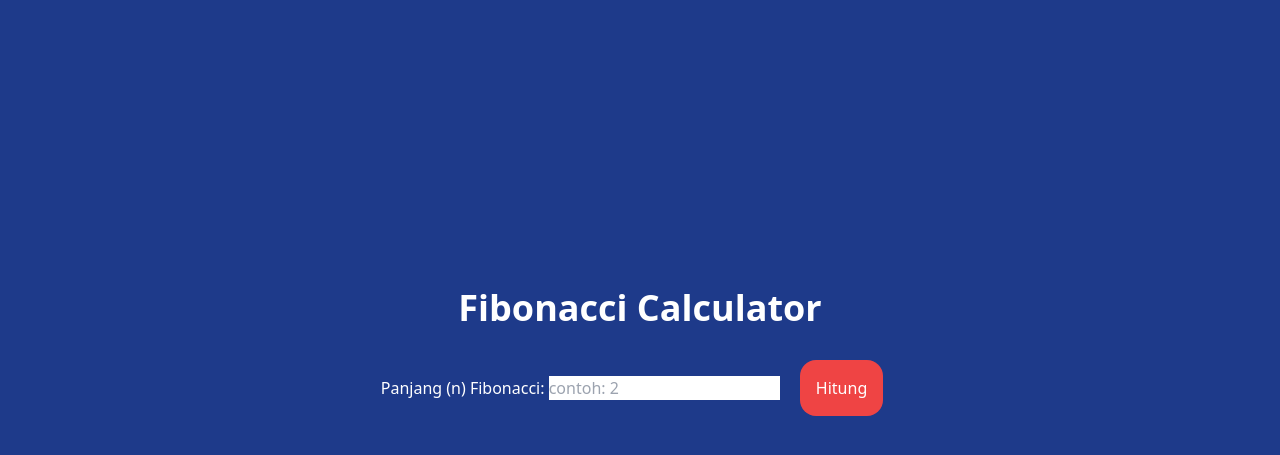
Repository: RifaiKN/flask-week10
Page: http://localhost/fibonacci
An editor plug-in stored every save of this project. The page is shown before and after the next save, followed by the edit.
The browser window is 1280 px wide. The pictures show the whole page.
The page is served by the project's application, run on Flask 3 (app.py). Other server files are loaded and not shown.

Above is the page before, as saved 2023-11-17 21:58:22.

### templates/fibonacci.html
<!DOCTYPE html>
<html lang="en">

<head>
    <meta charset="UTF-8">
    <meta name="viewport" content="width=device-width, initial-scale=1.0">
    <title>Fibonacci | Rifai</title>
    <link rel="stylesheet" href="https://unpkg.com/tailwindcss@^2.2/dist/tailwind.min.css">
</head>
<body class="bg-blue-900 text-white flex flex-col items-center justify-center min-h-screen">
    <div class="">
        <h1 class="text-4xl font-bold mb-4">Fibonacci Calculator</h1>
    </div>
    {% if result %}
        <h2>Deret Fibonacci:</h2>
        <p>{{ result|join(' ') }}</p>
    {% else %}
        <form action="/fibonacci" method="post">
            <label for="length">Panjang (n) Fibonacci:</label>
            <input type="number" name="length" placeholder="contoh: 2" required>
            <button class="m-4 p-4 bg-red-500 hover:bg-red-600 rounded-2xl text-white" type="submit">Hitung</button>
        </form>
        {% if error %}
            <p style="color: red;">{{ error }}</p>
        {% endif %}
    {% endif %}

</body>

### app.py
from flask import Flask, render_template, request
from fibonacci import get_fibonacci_sequence
app = Flask(__name__)

# Route untuk homepage - Nomor 1
@app.route('/')
def home():
    return render_template('home.html')

@app.route('/profil')
def profil():
    return render_template('profil.html')

@app.route('/hobi')
def hobi():
    return render_template('hobi.html')

@app.route('/pendidikan')
def pendidikan():
    return render_template('pendidikan.html')

@app.route('/pengalaman')
def pengalaman():
    return render_template('pengalaman.html')

# Route untuk Fibonacci - Nomor 2
@app.route('/fibonacci', methods=['GET', 'POST'])
def fibonacci():
    result = None
    error = None
    if request.method == 'POST':
        try:
            length = int(request.form['length'])
            if length < 0:
                raise ValueError("Deret Fibonacci tidak boleh kurang dari 0")
            result = get_fibonacci_sequence(length)
        except ValueError as e:
            error = str(e)

    return render_template('fibonacci.html', result=result, error=error)

# Route untuk CSV2JSON - Nomor 3
app.route('/getjson')
def pengalaman():
    return render_template('getjson.html')

# Route untuk Form - Nomor 4
app.route('/forms')
def pengalaman():
    return render_template('forms.html')

if __name__ == "__main__":
    app.run(debug=True)

After the next save:
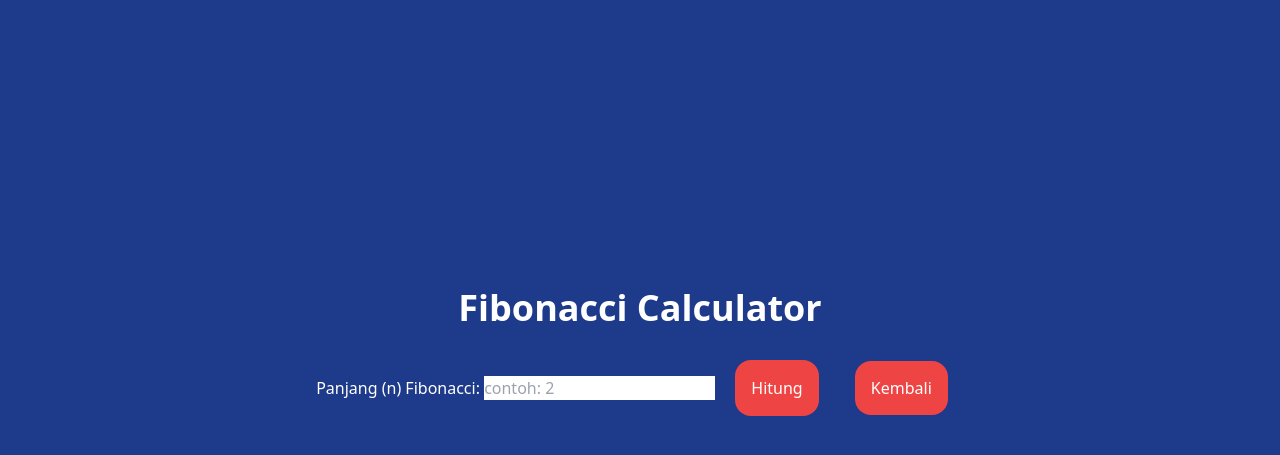
Saved 48 s later.
--- a/templates/fibonacci.html
+++ b/templates/fibonacci.html
@@ -14,11 +14,13 @@
     {% if result %}
         <h2>Deret Fibonacci:</h2>
         <p>{{ result|join(' ') }}</p>
+
     {% else %}
         <form action="/fibonacci" method="post">
             <label for="length">Panjang (n) Fibonacci:</label>
             <input type="number" name="length" placeholder="contoh: 2" required>
             <button class="m-4 p-4 bg-red-500 hover:bg-red-600 rounded-2xl text-white" type="submit">Hitung</button>
+            <a href="/" class="m-4 p-4 bg-red-500 hover:bg-red-600 rounded-2xl text-white">Kembali</a>
         </form>
         {% if error %}
             <p style="color: red;">{{ error }}</p>
